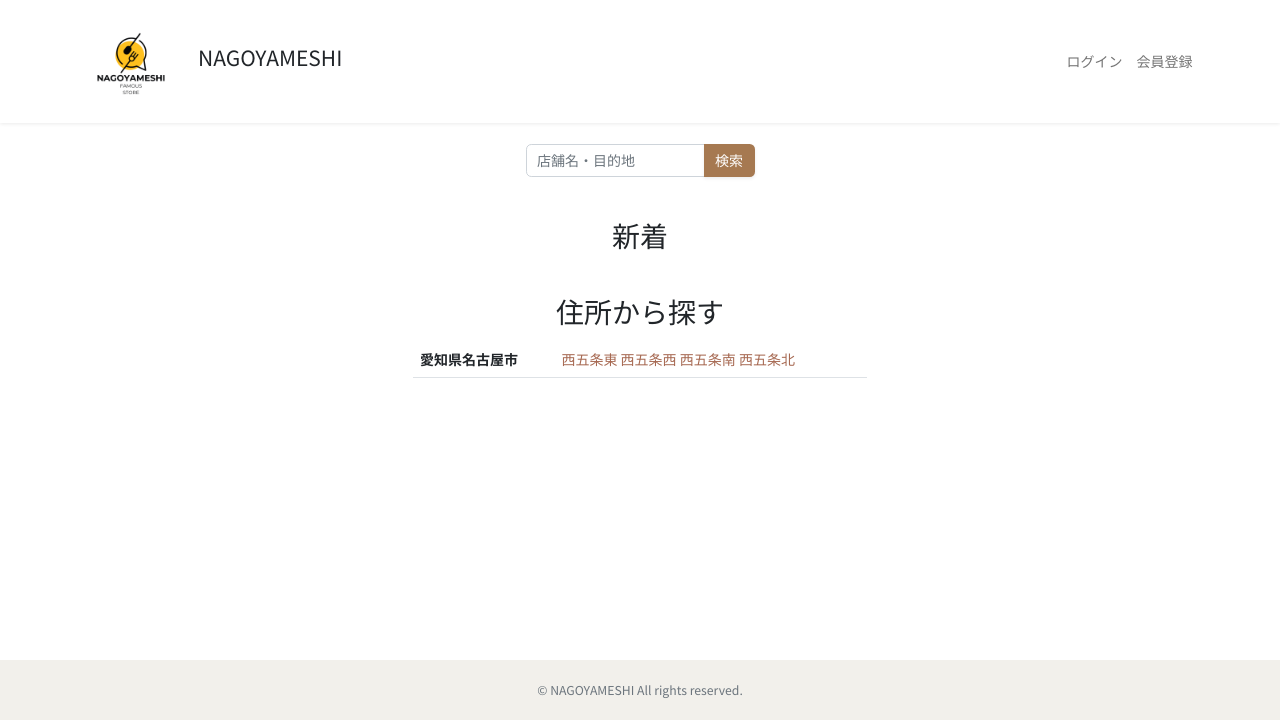
Repository: yamagen0829/taberogu-question
Page: http://localhost/index
The author's editor kept a copy of each file at every save. The page is drawn from the files as they stood at one save, then again after the next save.
The browser window is 1280 px wide. The pictures show the whole page.
The page is this project's Thymeleaf template; nobody is signed in. The template is opened directly, without the code that normally fills it, so the values that code supplies are empty.

Above is the page before, as saved 2024-07-16 13:04:07.

### kadai_002/nagoyameshi/src/main/resources/templates/index.html
<!DOCTYPE html>
<html xmlns:th="https://www.thymeleaf.org" xmlns:sec="http://www.thymeleaf.org/extras/spring-security">
    <head>
        <div th:replace="~{fragment :: meta}"></div>

        <div th:replace="~{fragment :: styles}"></div>

        <title>NAGOYAMESHI</title>
    </head>
    <body>
        <div class="nagoyameshi-wrapper">
             <!-- ヘッダー -->
             <div th:replace="~{fragment :: header}"></div>

             <main>
                 <div class="container pt-4 pb-5 nagoyameshi-container">
                     <div th:if="${param.loggedIn}" class="alert alert-info">
                         ログインしました。
                     </div>

                     <div th:if="${param.loggedOut}" class="alert alert-info">
                         ログアウトしました。
                     </div>

                     <div th:if="${successMessage}" class="alert alert-info">
                         <span th:text="${successMessage}"></span>
                     </div>

                     <div class="d-flex justify-content-center">
                         <form method="get" th:action="@{/restaurants}" class="mb-5 nagoyameshi-search-form">
                             <div class="input-group">
                                 <input type="text" class="form-control" name="keyword" th:value="${keyword}" placeholder="店舗名・目的地">
                                 <button type="submit" class="btn text-white shadow-sm nagoyameshi-btn">検索</button>
                             </div>
                         </form>
                     </div>

                     <h2 class="text-center mb-3">新着</h2>
                     <div class="row row-cols-lg-5 row-cols-2 g-3 mb-5">
                         <div class="col" th:each="newRestaurant : ${newRestaurants}">
                             <a th:href="@{/restaurants/__${newRestaurant.getId()}__}" class="link-dark nagoyameshi-card-link">
                                 <div class="card h-100">
                                     <img th:if="${newRestaurant.getImageName()}" th:src="@{/storage/__${newRestaurant.getImageName()}__}" class="card-img-top nagoyameshi-vertical-card-image" alt="店舗画像">
                                     <img th:unless="${newRestaurant.getImageName()}" th:src="@{/images/noImage.png}" class="card-img-top nagoyameshi-vertical-card-image" alt="NO IMAGE">
                                     <div class="card-body">
                                         <h3 class="card-title" th:text="${newRestaurant.getName()}"></h3>
                                         <p class="card-text mb-1">
                                             <small class="text-muted" th:text="${newRestaurant.getAddress()}"></small>
                                         </p>
                                         <p class="card-text">
                                             <span th:text="${#numbers.formatInteger(newRestaurant.getPrice(), 1, 'COMMA') + '円'}"></span>
                                         </p>
                                     </div>
                                 </div>
                             </a>
                         </div>
                     </div>

                     <div class="row justify-content-center">
                         <div class="col-xl-5 col-lg-6 col-md-8">

                             <h2 class="text-center mb-3">住所から探す</h2>

                             <table class="table">
                                 <tbody>
                                     <tr>
                                         <th>愛知県名古屋市</th>
                                         <td>
                                             <a th:href="@{/restaurants?address=}">西五条東</a>
                                             <a th:href="@{/restaurants?address=}">西五条西</a>
                                             <a th:href="@{/restaurants?address=}">西五条南</a>
                                             <a th:href="@{/restaurants?address=}">西五条北</a>
                                         </td>
                                     </tr>
                                 </tbody>
                             </table>
                         </div>
                     </div>
                 </div>
             </main>

             <!-- フッター -->
             <div th:replace="~{fragment :: footer}"></div>
         </div>

         <div th:replace="~{fragment :: scripts}"></div>
    </body>
</html>

### kadai_002/nagoyameshi/src/main/resources/templates/fragment.html
<!DOCTYPE html>
 <html xmlns:th="https://www.thymeleaf.org" xmls:sec="https://www.thymeleaf.org/extras/spring-security">
     <head>
         <!-- meta要素の部品化 -->
         <div th:fragment="meta" th:remove="tag">
             <meta charset="UTF-8">
             <meta name="viewport" content="width=device-width, initial-scale=1">
         </div>

         <!-- link要素の部品化 -->
         <div th:fragment="styles" th:remove="tag">
             <!-- Bootstrap -->
             <link href="https://cdn.jsdelivr.net/npm/bootstrap@5.2.3/dist/css/bootstrap.min.css" rel="stylesheet" integrity="sha384-rbsA2VBKQhggwzxH7pPCaAqO46MgnOM80zW1RWuH61DGLwZJEdK2Kadq2F9CUG65" crossorigin="anonymous">

             <!-- Google Fonts -->
             <link rel="preconnect" href="https://fonts.googleapis.com">
             <link rel="preconnect" href="https://fonts.gstatic.com" crossorigin>
             <link href="https://fonts.googleapis.com/css2?family=Noto+Sans+JP:wght@400;500&display=swap" rel="stylesheet">

             <link th:href="@{/css/style.css}" rel="stylesheet" >
         </div>

         <title>部品化用のHTMLファイル</title>
     </head>
     <body>
         <!-- ヘッダーの部品化 -->
         <div th:fragment="header" th:remove="tag">
             <nav class="navbar navbar-expand-md navbar-light bg-white shadow-sm nagoyameshi-navbar">
                 <div class="container nagoyameshi-container">
                     <a class="navbar-brand" th:href="@{/}">
                         <img class="nagoyameshi-logo me-1" th:src="@{/images/NAGOYAMESHI.png}" alt="NAGOYAMESHI">
                     </a>
                     <h1 class="nagoyameshi-title justyfy-content-center">NAGOYAMESHI</h1>
                      <button class="navbar-toggler" type="button" data-bs-toggle="collapse" data-bs-target="#navbarSupportedContent" aria-controls="navbarSupportedContent" aria-expanded="false" aria-label="Toggle navigation">
                         <span class="navbar-toggler-icon"></span>
                     </button>

                     <div class="collapse navbar-collapse" id="navbarSupportedContent">
                         <ul class="navbar-nav ms-auto">
                             <!-- 未ログインであれば表示する -->
                             <li class="nav-item" sec:authorize="isAnonymous()">
                                 <a class="nav-link" th:href="@{/login}">ログイン</a>
                             </li>
                             <li class="nav-item" sec:authorize="isAnonymous()">
                                 <a class="nav-link" th:href="@{/signup}">会員登録</a>
                             </li>

                             <!-- ログイン済みであれば表示する -->
                             <li class="nav-item dropdown" sec:authorize="hasRole('ROLE_GENERAL')">
                                 <a id="navbarDropdownGeneral" class="nav-link dropdown-toggle" href="#" role="button" data-bs-toggle="dropdown" aria-haspopup="true" aria-expanded="false" v-pre>
                                     <span sec:authentication="principal.user.name"></span>
                                 </a>

                                 <div class="dropdown-menu dropdown-menu-end" aria-labelledby="navbarDropdownGeneral">
									 <a class="dropdown-item nagoyameshi-dropdown-item" th:href="@{/user}">会員情報</a>

                                     <div class="dropdown-divider"></div>

                                     <a class="dropdown-item nagoyameshi-dropdown-item" th:href="@{/logout}" onclick="event.preventDefault(); document.getElementById('logout-form').submit();">
                                         ログアウト
                                     </a>
                                     <form class="d-none" id="logout-form" th:action="@{/logout}" method="post"></form>
                                 </div>
                             </li>

                             <!-- 管理者であれば表示する -->
                             <li class="nav-item dropdown" sec:authorize="hasRole('ROLE_ADMIN')">
                                 <a id="navbarDropdownAdmin" class="nav-link dropdown-toggle" href="#" role="button" data-bs-toggle="dropdown" aria-haspopup="true" aria-expanded="false" v-pre>
                                     管理者メニュー
                                 </a>

                                 <div class="dropdown-menu dropdown-menu-end" aria-labelledby="navbarDropdownAdmin">
									 <a class="dropdown-item samuraitravel-dropdown-item" th:href="@{/admin/users}">会員一覧</a>
                                     <a class="dropdown-item nagoyameshi-dropdown-item" th:href="@{/admin/restaurants}">店舗一覧</a>

                                     <div class="dropdown-divider"></div>

                                     <a class="dropdown-item nagoyameshi-dropdown-item" th:href="@{/logout}" onclick="event.preventDefault(); document.getElementById('logout-form').submit();">
                                         ログアウト
                                     </a>
                                     <form class="d-none" id="logout-form" th:action="@{/logout}" method="post"></form>
                                 </div>
                             </li>
                         </ul>
                     </div>
                 </div>
             </nav>
         </div>


         <!-- フッターの部品化 -->
         <div th:fragment="footer" th:remove="tag">
             <footer>
                 <div class="d-flex justify-content-center align-items-center h-100">
                     <p class="text-center text-muted small mb-0">&copy; NAGOYAMESHI All rights reserved.</p>
                 </div>
             </footer>
         </div>

         <!-- script要素の部品化 -->
         <div th:fragment="scripts" th:remove="tag">
             <!-- Bootstrap -->
             <script src="https://cdn.jsdelivr.net/npm/bootstrap@5.2.3/dist/js/bootstrap.bundle.min.js" integrity="sha384-kenU1KFdBIe4zVF0s0G1M5b4hcpxyD9F7jL+jjXkk+Q2h455rYXK/7HAuoJl+0I4" crossorigin="anonymous"></script>
         </div>
     </body>
 </html>

### kadai_002/nagoyameshi/src/main/resources/static/css/style.css
 html {
   font-size: 14px;
 }

 body {
   font-family: 'Noto Sans JP', sans-serif;
 }

 h1 {
   font-size: 1.5rem;
 }

 h3 {
	 font-size: 1.25rem;
 }

 a {
   color: #a66851;
   text-decoration: none !important;
 }

 a:hover {
     color: #a67651;
 }

 footer {
   width: 100%;
   height: 60px;
   position: absolute;
   bottom: 0;
   background-color: #f2f0eb;
 }

 .nagoyameshi-wrapper {
   min-height: 100vh;
   position: relative;
   padding-bottom: 60px;
   box-sizing: border-box;
 }

 .nagoyameshi-navbar {
   min-height: 20px;
 }

 .nagoyameshi-logo {
   height: 100px;

 }

 .nagoyameshi-btn {
   background-color: #a67951 !important;
   transition: 0.1s;
 }

 .nagoyameshi-btn:hover {
   opacity: 0.8;
 }

 .nagoyameshi-page-link {
   color: #a66851;
 }

 .nagoyameshi-btn:hover {
   color: #a67651;
 }

 .nagoyameshi-active {
   background-color: #a66851 !important;
   border-color: #a66851 !important;
 }

 .nagoyameshi-pre-wrap {
   /*改行文字で行を折り返す*/
   white-space: pre-wrap;
 }

 .nagoyameshi-link-danger {
     color: #f2594b;
 }

 .nagoyameshi-link-danger:hover {
     color: #a63c3c;
 }

 .nagoyameshi-btn-danger {
     background-color: #f2594b !important;
     transition: 0.1s;
 }

 .nagoyameshi-btn-danger:hover {
   opacity: 0.8;
 }

 .nagoyameshi-dropdown-item:active {
	 background-color: #a66851;
 }

 .nagoyameshi-card-link {
   transition: 0.3s;
 }

 .nagoyameshi-card-link:hover {
   opacity: 0.7;
 }

 .nagoyameshi-horizontal-card-image {
   width: 100%;
   height: 240px;
   object-fit: cover;
 }

 .nagoyameshi-sort-box {
   width: 150px;
 }

 .nagoyameshi-vertical-card-image {
   width: 100%;
   height: 150px;
   object-fit: cover;
 }

 .nagoyameshi-search-form {
     max-width: 300px;
 }

 @media screen and (min-width: 1400px) {
   .nagoyameshi-container {
     max-width: 1200px;
   }
 }

After the next save:
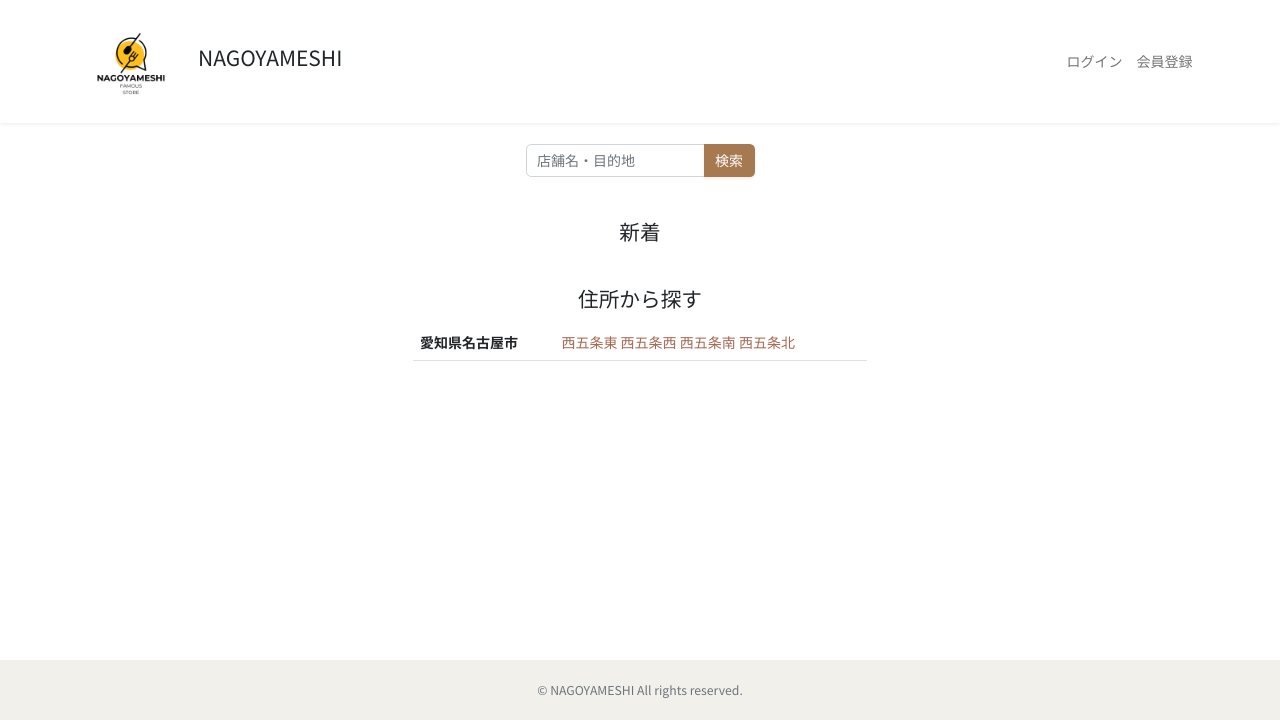
Saved 5 min 11 s later.
--- a/kadai_002/nagoyameshi/src/main/resources/static/css/style.css
+++ b/kadai_002/nagoyameshi/src/main/resources/static/css/style.css
@@ -8,6 +8,10 @@
 
  h1 {
    font-size: 1.5rem;
+ }
+
+ h2 {
+	 font-size: 1.475rem;
  }
 
  h3 {
